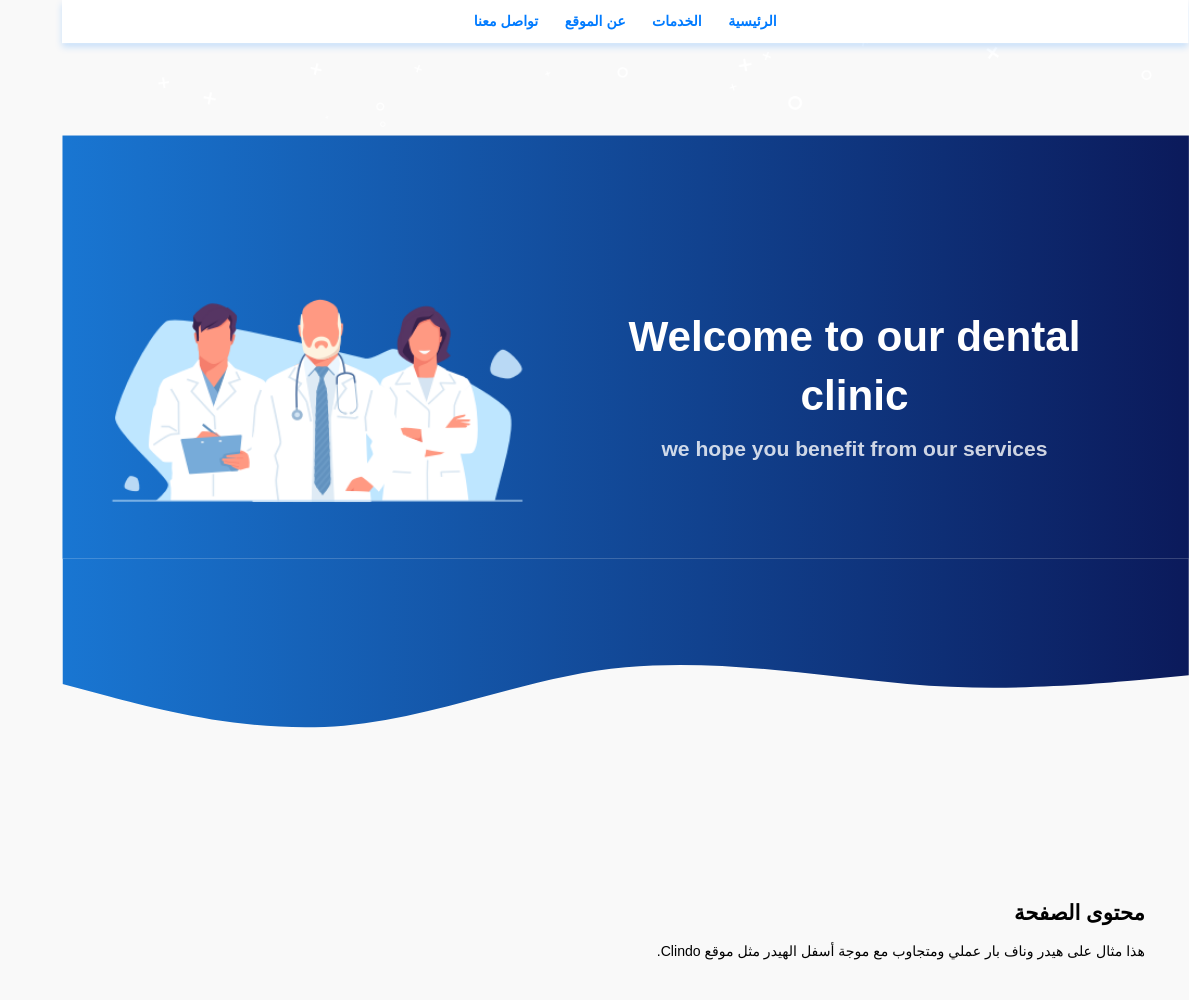
Repository: mysite4/s
Page: http://localhost/
These files come from the project's save history. The page is drawn as it stood at one moment and after the next save; the edit follows.
The browser window is 1280 px wide. The page is 1351 px wide, then 1280 px, so the pictures cover 1351 px, including what lies to the right of the window. The pictures show the whole page, at 88% of full size.
Some web fonts or font styles are not loaded; a fallback is used. The page is served by the project's application, run on Django 5.2 (manage.py). Other server files are loaded and not shown.

Above is the page before, as saved 2025-10-19 22:35:23.

### main/templates/home.html
{% load static %}
<!DOCTYPE html>
<html lang="ar" dir="rtl">
<head>
<meta charset="UTF-8">
<meta name="viewport" content="width=device-width, initial-scale=1.0">
<title>هيدر مثل Clindo</title>
<link href="https://fonts.googleapis.com/css2?family=Cairo:wght@200..1000&display=swap" rel="stylesheet">
<link rel="stylesheet" href="{% static 'css/style.css' %}">
</head>
<body>

<nav>
  <ul>
    <li><a href="#">الرئيسية</a></li>
    <li><a href="#">الخدمات</a></li>
    <li><a href="#">عن الموقع</a></li>
    <li><a href="#">تواصل معنا</a></li>
  </ul>
</nav>
<!-- الصورة الشفافة أسفل النافبار -->
<div class="header-image">
  <img src="{% static 'image/44.png' %}" alt="صورة شفافة">
</div>

<header>
  <div class="header-content">
    <div class="header-text">
      <h1>Welcome to our dental clinic</h1>
      <h3>we hope you benefit from our services</h3>
    </div>
    <div class="header-icon">
      <img src="{% static 'image/r.png.png' %}" alt="ريم">
    </div>
  </div>


</header>
<!-- موجة بعد الهيدر -->
<svg class="waves" xmlns="http://www.w3.org/2000/svg" viewBox="0 0 1440 320">
  <defs>
    <linearGradient id="waveGradient" x1="0%" y1="0%" x2="100%" y2="0%">
      <stop offset="0%" style="stop-color:#1976d2;stop-opacity:1"  />
      <stop offset="100%" style="stop-color:#0b1a5b;stop-opacity:1"/>
    </linearGradient>
  </defs>
  <path fill="url(#waveGradient)"
        d="M0,160L60,176C120,192,240,224,360,213.3C480,203,600,149,720,138.7C840,128,960,149,1080,160C1200,171,1320,160,1380,154.7L1440,149L1440,0L0,0Z">
  </path>
</svg>


<main>
  <h2>محتوى الصفحة</h2>
  <p>هذا مثال على هيدر وناف بار عملي ومتجاوب مع موجة أسفل الهيدر مثل موقع Clindo.</p>
</main>

</body>
</html>

### mysite/urls.py
"""
URL configuration for mysite project.

The `urlpatterns` list routes URLs to views. For more information please see:
    https://docs.djangoproject.com/en/5.2/topics/http/urls/
Examples:
Function views
    1. Add an import:  from my_app import views
    2. Add a URL to urlpatterns:  path('', views.home, name='home')
Class-based views
    1. Add an import:  from other_app.views import Home
    2. Add a URL to urlpatterns:  path('', Home.as_view(), name='home')
Including another URLconf
    1. Import the include() function: from django.urls import include, path
    2. Add a URL to urlpatterns:  path('blog/', include('blog.urls'))
"""
from django.contrib import admin
from django.urls import path, include

urlpatterns = [
    path('admin/', admin.site.urls),
    path('', include('main.urls')),
]

### main/static/css/style.css
/* إعدادات عامة */
html, body {
  margin: 0;
  padding: 0;
  width: 100%;
  font-family: 'Cairo', sans-serif;
  background-color: #f9f9f9;
}

/* Navbar */
nav {
  width: 100%;
  background-color: #ffffff;
  box-shadow: 0 4px 8px rgba(0, 123, 255, 0.2);
  position: fixed;
  top: 0;
  z-index: 1000;
}

nav ul {
  display: flex;
  justify-content: center;
  list-style: none;
  margin: 0;
  padding: 0 30px;
}

nav ul li {
  margin: 0 15px;
}

nav ul li a {
  text-decoration: none;
  color: #007bff;
  font-weight: 600;
  padding: 15px 0;
  display: inline-block;
  transition: color 0.3s, border-bottom 0.3s;
}

nav ul li a:hover {
  color: #0056b3;
  border-bottom: 3px solid #007bff;
}

/* Header */
header {
  position: relative;
  width: 100%;
  min-height: 400px; /* ارتفاع أصغر قليلًا */
  overflow: hidden;
  background: linear-gradient(to left, #0b1a5b, #1976d2); /* تدرج أفقي من اليمين لليسار */
  display: flex;
  flex-direction: column;
  justify-content: center;
  align-items: center;
  padding: 60px 0 0 0; /* تقليل padding أعلى الهيدر */
}

/* محتوى الهيدر (نصوص + صورة) */
.header-content {
  display: flex;
  flex-direction: row;
  justify-content: space-between;
  align-items: center;
  width: 100%;
  max-width: 1200px;
  padding: 20px 50px;
  margin-top: 50px;
}

.header-text {
  color: white;
  max-width: 50%;
  text-align:center;
  line-height: 1.4;
  padding: 40px;
}

.header-text h1 {
  font-size: 48px;
  margin: 0;
}

.header-text h3 {
  font-size: 24px;
  margin-top: 10px;
  color: rgba(255,255,255,0.8);
}

/* صورة الهيدر */
.header-icon img {
  width: 500px;
  height: auto;
  border-radius: 15px;
}


/* محتوى الصفحة */
main {
  padding: 30px 50px;
  margin-top: 50px;
}

/* Media Queries */
@media (max-width: 992px) {
  .header-content {
    flex-direction: column;
    text-align: center;
    padding: 0 20px;
  }

  .header-text {
    max-width: 100%;
    margin-bottom: 20px;
    text-align: center;
  }

  .header-icon img {
    width: 80%;
  }

  nav ul {
    justify-content: center;
  }
}

Loaded but not shown: main/views.py (common file); main/urls.py (common file)

After the next save:
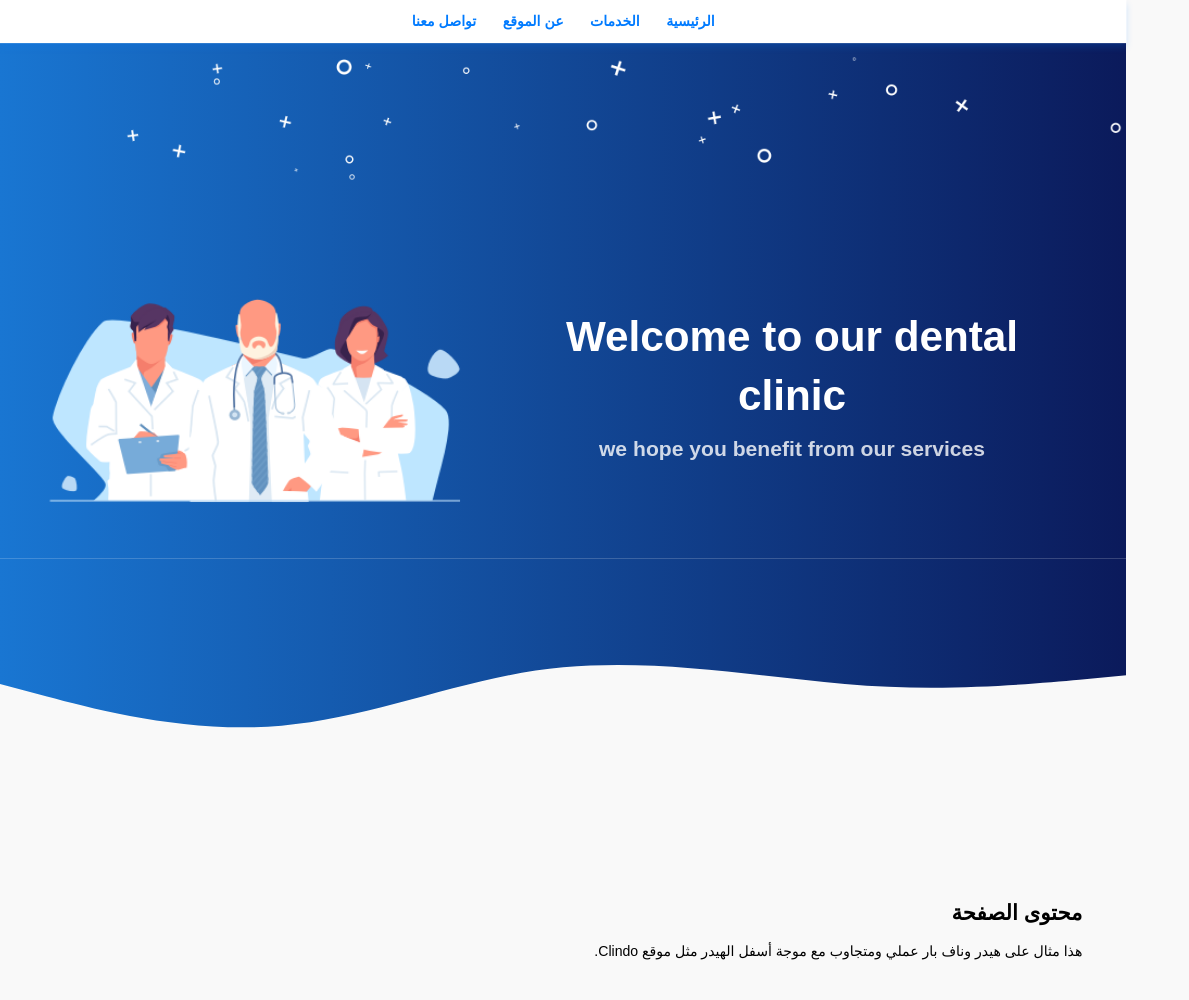
Saved 26 s later.
--- a/main/templates/home.html
+++ b/main/templates/home.html
@@ -19,11 +19,12 @@
   </ul>
 </nav>
 <!-- الصورة الشفافة أسفل النافبار -->
-<div class="header-image">
+
+
+<header>
+  <div class="header-image">
   <img src="{% static 'image/44.png' %}" alt="صورة شفافة">
 </div>
-
-<header>
   <div class="header-content">
     <div class="header-text">
       <h1>Welcome to our dental clinic</h1>
